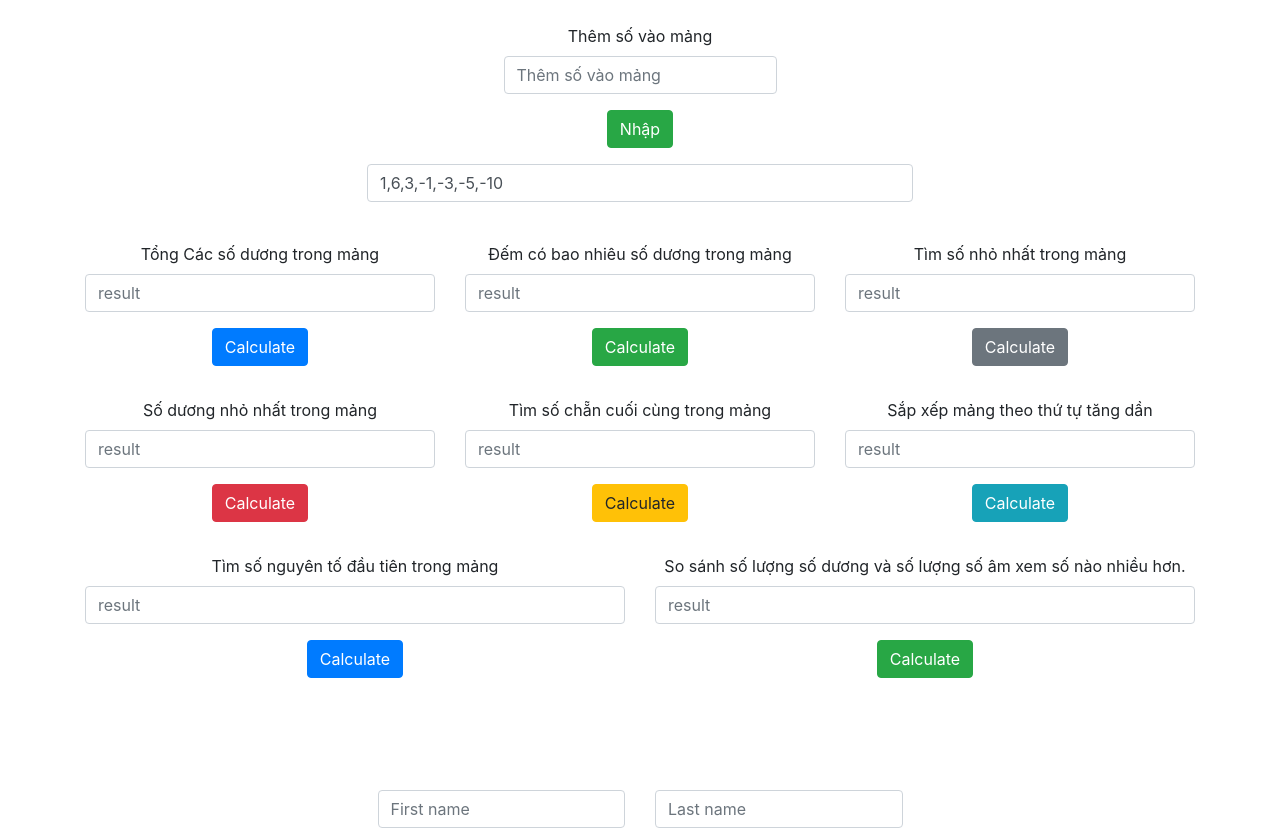
Repository: baobaodeveloper/bootcamp21__array__HuynhAnhBao
Page: index.html
These files come from the project's save history. The page is drawn as it stood at one moment and after the next save; the edit follows.
The browser window is 1280 px wide. The pictures show the whole page.

Above is the page before, as saved 2022-03-20 19:13:26.

After the next save:
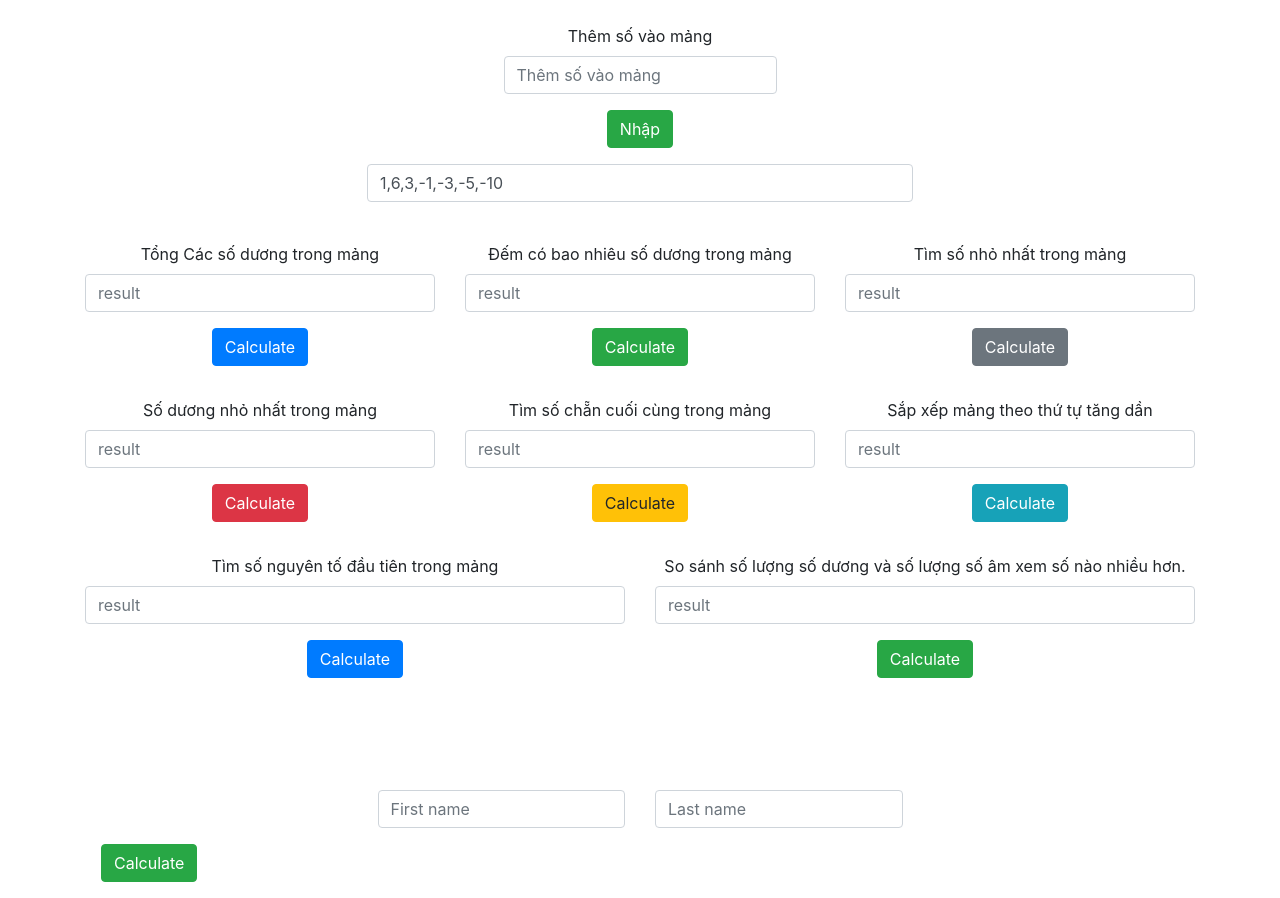
Saved 25 s later.
--- a/index.html
+++ b/index.html
@@ -187,6 +187,9 @@
           />
         </div>
       </div>
+      <button type="button" class="btn btn-success m-3" id="combine">
+        Calculate
+      </button>
     </div>
     <!-- Optional JavaScript -->
     <!-- jQuery first, then Popper.js, then Bootstrap JS -->

After the save that followed:
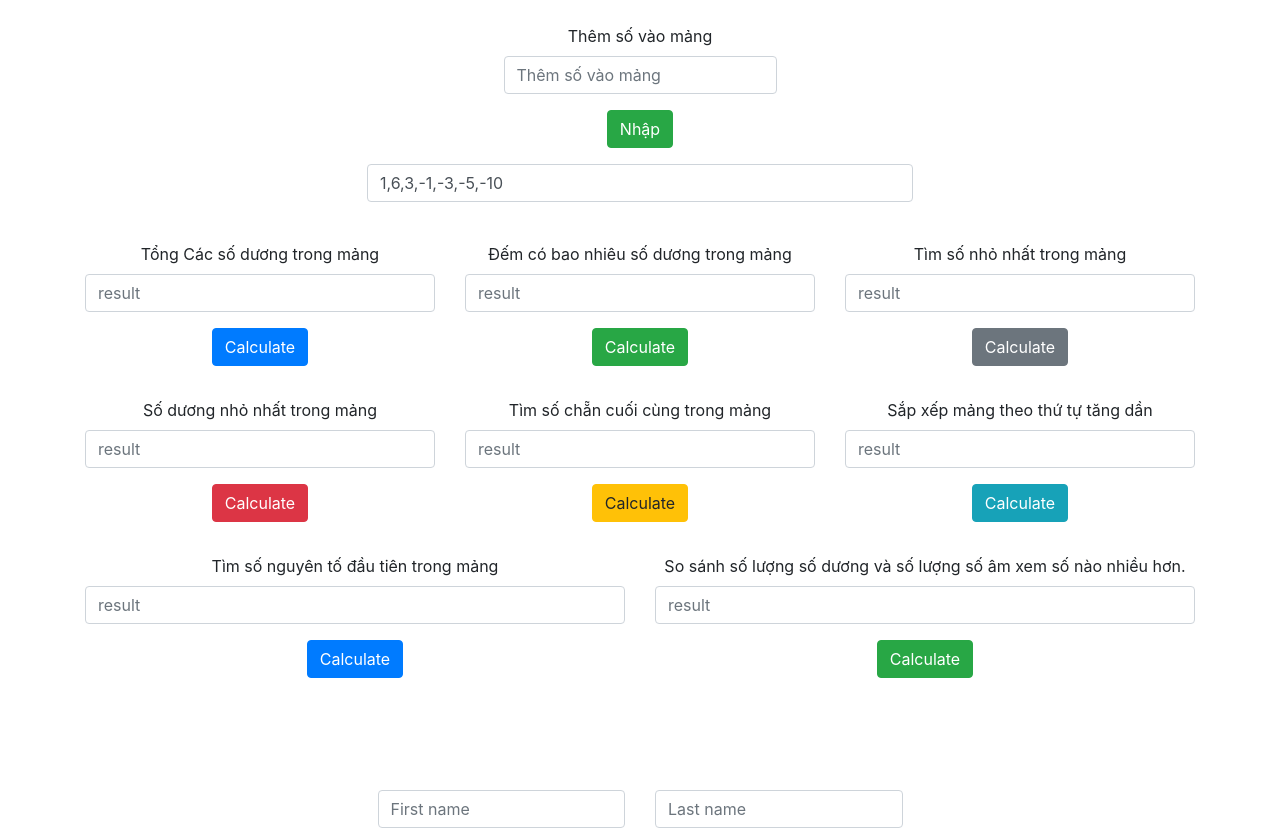
Saved 17 s later.
--- a/index.html
+++ b/index.html
@@ -187,9 +187,6 @@
           />
         </div>
       </div>
-      <button type="button" class="btn btn-success m-3" id="combine">
-        Calculate
-      </button>
     </div>
     <!-- Optional JavaScript -->
     <!-- jQuery first, then Popper.js, then Bootstrap JS -->
